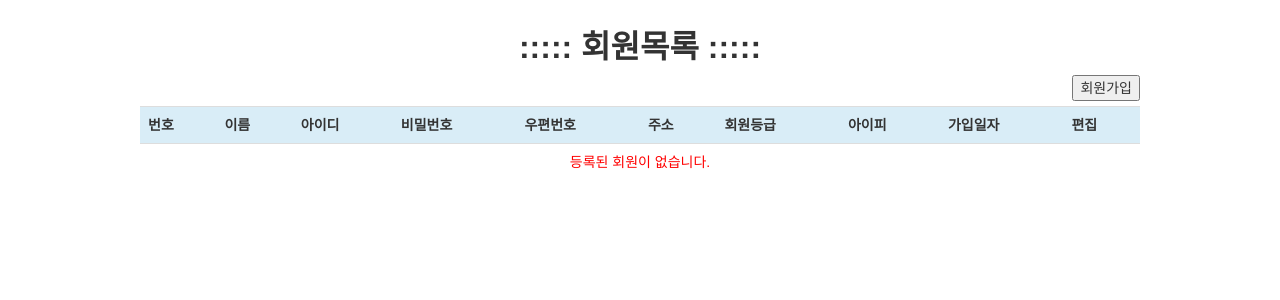
Repository: simDev1234/WebStudy
Page: http://localhost/2022_0602_MemberTest/member/list.do
The author's editor kept a copy of each file at every save. The page is drawn from the files as they stood at one save, then again after the next save.
The browser window is 1280 px wide. The pictures show the whole page.
The page is served by Tomcat 9. Other server files are loaded and not shown. Queries for data that is not in the repository find no rows.

Above is the page before, as saved 2022-06-02 03:39:09.

### _01_상반기_WebStudy/2022_0602_MemberTest/src/main/webapp/member/member_list.jsp
<%@ page language="java" contentType="text/html; charset=UTF-8"
    pageEncoding="UTF-8"%>
<%@ taglib prefix = "c"  uri = "http://java.sun.com/jsp/jstl/core" %>
<%@ taglib prefix = "fn" uri = "http://java.sun.com/jsp/jstl/functions" %>
<!DOCTYPE html>
<html>
<head>
<meta charset="UTF-8">
<title>로그인</title>
<!-- Bootstrap 3.x -->
<link rel="stylesheet" href="https://maxcdn.bootstrapcdn.com/bootstrap/3.4.1/css/bootstrap.min.css">
<script src="https://ajax.googleapis.com/ajax/libs/jquery/3.6.0/jquery.min.js"></script>
<script src="https://maxcdn.bootstrapcdn.com/bootstrap/3.4.1/js/bootstrap.min.js"></script>
<style type="text/css">
   #box{
     width : 1000px;
     margin : auto;
     margin-top : 30px;
   }

   #title{
     text-align  : center;
     font-size   : 32px;
     font-weight : bold;
   }

   #enroll{
     text-align : right;
     margin-bottom : 5px;
   }
</style>
</head>
<body>
   <div id = "box">
      <h1 id = "title">::::: 회원목록 :::::</h1>

      <!-- 회원가입 -->
      <div id = "enroll">
         <input type = "button" value = "회원가입">
      </div>

      <!-- 데이터 출력 -->
      <div>
         <table class = "table table-striped">
            <!-- title -->
            <tr class = "info">
              <th>번호</th>
              <th>이름</th>
              <th>아이디</th>
              <th>비밀번호</th>
              <th>우편번호</th>
              <th>주소</th>
              <th>회원등급</th>
              <th>아이피</th>
              <th>가입일자</th>
              <th>편집</th>
            </tr>
            <!-- data -->
            <!-- 데이터가 하나도 없는 경우 -->
            <c:if test = "${ empty list }">
              <tr>
                <td colspan = "10" align = "center">
                   <font color = "red">등록된 회원이 없습니다.</font>
                </td>
              </tr>
            </c:if>

            <!-- 데이터가 하나 이상 있는 경우 -->
            <c:forEach var = "vo" items = "${ list }">
              <tr>
                <td>${ vo.m_idx }</td>
                <td>${ vo.m_name }</td>
                <td>${ vo.m_id }</td>
                <td>${ vo.m_pwd }</td>
                <td>${ vo.m_zipcode }</td>
                <td>${ vo.m_addr }</td>
                <td>${ vo.m_grade }</td>
                <td>${ vo.m_ip }</td>
                <td>${ fn.substring(vo.m_regdate,0,10) }</td>
                <td>
                  <input class = "btn btn-info" type = "button" value = "수정">
                  <input class = "btn btn-danger" type = "button" value = "삭제">
                </td>
              </tr>
            </c:forEach>
         </table>
      </div>
   </div>
</body>
</html>

### _01_상반기_WebStudy/2022_0602_MemberTest/src/main/java/action/MemberListAction.java
package action;

import java.io.IOException;
import java.util.List;

import javax.servlet.RequestDispatcher;
import javax.servlet.ServletException;
import javax.servlet.annotation.WebServlet;
import javax.servlet.http.HttpServlet;
import javax.servlet.http.HttpServletRequest;
import javax.servlet.http.HttpServletResponse;

import dao.MemberDao;
import vo.MemberVo;

/**
 * Servlet implementation class MemberListAction
 */
@WebServlet("/member/list.do")
public class MemberListAction extends HttpServlet {
	private static final long serialVersionUID = 1L;

	/**
	 * @see HttpServlet#HttpServlet()
	 */
	public MemberListAction() {
		super();
		// TODO Auto-generated constructor stub
	}

	/**
	 * @see HttpServlet#service(HttpServletRequest request, HttpServletResponse response)
	 */
	protected void service(HttpServletRequest request, HttpServletResponse response)
			throws ServletException, IOException {

		//회원목록 가져오기
		List<MemberVo> list = MemberDao.getInstance().selectList();

		//request binding
		request.setCharacterEncoding("utf-8");
		request.setAttribute("list", list);

		//forward
		String forward_page = "member_list.jsp";
		RequestDispatcher disp = request.getRequestDispatcher(forward_page);
		disp.forward(request, response);
	}

}

### _01_상반기_WebStudy/2022_0602_MemberTest/src/main/java/dao/MemberDao.java
package dao;

import java.sql.Connection;
import java.sql.PreparedStatement;
import java.sql.ResultSet;
import java.sql.SQLException;
import java.util.ArrayList;
import java.util.List;
import service.DBService;
import vo.MemberVo;

public class MemberDao {

	static MemberDao single = null;

	public static MemberDao getInstance() {
		if (single == null)
			single = new MemberDao();
		return single;
	}

	//외부에서 생성하지 말것
	private MemberDao() {

	}

	//전체조회
	public List<MemberVo> selectList() {

		List<MemberVo> list = new ArrayList<MemberVo>();

		Connection conn = null; //null을 일부로 초기값으로 설정
		PreparedStatement pstmt = null;
		ResultSet rs = null;
		String sql = "select * from member2 order by m_idx";

		try {

			//1. Connection 얻어오기
			conn = DBService.getInstance().getConnection();

			//2. PreparedStatment 얻어오기
			pstmt = conn.prepareStatement(sql);

			//3. ResultSet 얻어오기
			rs = pstmt.executeQuery();

			//4. 포장 (record -> Vo -> list)
			while (rs.next()) {

				//rs가 가리키는 레코드(행)의 값을 읽어오기

				//Vo로 포장
				MemberVo vo = new MemberVo();

				vo.setM_idx(rs.getInt("m_idx"));
				vo.setM_name(rs.getString("m_name"));
				vo.setM_id(rs.getString("m_id"));
				vo.setM_pwd(rs.getString("m_pwd"));
				vo.setM_zipcode(rs.getString("m_zipcode"));
				vo.setM_addr(rs.getString("m_addr"));
				vo.setM_grade(rs.getString("m_grade"));
				vo.setM_ip(rs.getString("m_ip"));
				vo.setM_regdate(rs.getString("m_regdate"));

				//list에 추가
				list.add(vo);

			}

		} catch (Exception e) {

			e.printStackTrace();

		} finally {

			try {
				//연결(생성)되어 있을 시, close  --why? 다음 명령 위해 연결 해제
				if (rs != null)
					rs.close();

				if (pstmt != null)
					pstmt.close();

				if (conn != null)
					conn.close();

			} catch (SQLException e) {
				// TODO Auto-generated catch block
				e.printStackTrace();
			}

		}

		return list;

	}

	//m_idx에 해당되는 객체 1건 구하기
	public MemberVo selectOne(int m_idx) {

		MemberVo vo = null;
		Connection conn = null; //null을 일부로 초기값으로 설정
		PreparedStatement pstmt = null;
		ResultSet rs = null;
		String sql = "select * from member2 where m_idx = ?";

		try {

			//1. Connection 얻어오기
			conn = DBService.getInstance().getConnection();

			//2. PreparedStatment 얻어오기
			pstmt = conn.prepareStatement(sql);

			//3. pstmt 세팅
			pstmt.setInt(1, m_idx);

			//4. ResultSet 얻어오기
			rs = pstmt.executeQuery();

			//5. 포장 (record -> Vo)
			if (rs.next()) {

				//Vo로 포장
				vo = new MemberVo();

				vo.setM_idx(rs.getInt("m_idx"));
				vo.setM_name(rs.getString("m_name"));
				vo.setM_id(rs.getString("m_id"));
				vo.setM_pwd(rs.getString("m_pwd"));
				vo.setM_zipcode(rs.getString("m_zipcode"));
				vo.setM_addr(rs.getString("m_addr"));
				vo.setM_grade(rs.getString("m_grade"));
				vo.setM_ip(rs.getString("m_ip"));
				vo.setM_regdate(rs.getString("m_regdate"));

			}

		} catch (Exception e) {

			e.printStackTrace();

		} finally {

			try {
				//연결(생성)되어 있을 시, close  --why? 다음 명령 위해 연결 해제
				if (rs != null)
					rs.close();

				if (pstmt != null)
					pstmt.close();

				if (conn != null)
					conn.close();

			} catch (SQLException e) {
				// TODO Auto-generated catch block
				e.printStackTrace();
			}

		}

		return vo;

	}

	//m_id에 해당되는 객체 1건 구하기
	public MemberVo selectOne(String m_id) {

		MemberVo vo = null;
		Connection conn = null; //null을 일부로 초기값으로 설정
		PreparedStatement pstmt = null;
		ResultSet rs = null;
		String sql = "select * from member2 where m_id = ?";

		try {

			//1. Connection 얻어오기
			conn = DBService.getInstance().getConnection();

			//2. PreparedStatment 얻어오기
			pstmt = conn.prepareStatement(sql);

			//3. pstmt 세팅
			pstmt.setString(1, m_id);

			//4. ResultSet 얻어오기
			rs = pstmt.executeQuery();

			//5. 포장 (record -> Vo)
			if (rs.next()) {

				//Vo로 포장
				vo = new MemberVo();

				vo.setM_idx(rs.getInt("m_idx"));
				vo.setM_name(rs.getString("m_name"));
				vo.setM_id(rs.getString("m_id"));
				vo.setM_pwd(rs.getString("m_pwd"));
				vo.setM_zipcode(rs.getString("m_zipcode"));
				vo.setM_addr(rs.getString("m_addr"));
				vo.setM_grade(rs.getString("m_grade"));
				vo.setM_ip(rs.getString("m_ip"));
				vo.setM_regdate(rs.getString("m_regdate"));

			}

		} catch (Exception e) {

			e.printStackTrace();

		} finally {

			try {
				//연결(생성)되어 있을 시, close  --why? 다음 명령 위해 연결 해제
				if (rs != null)
					rs.close();

				if (pstmt != null)
					pstmt.close();

				if (conn != null)
					conn.close();

			} catch (SQLException e) {
				// TODO Auto-generated catch block
				e.printStackTrace();
			}

		}

		return vo;

	}

	//insert
	public int insert(MemberVo vo) {

		int res = 0;

		Connection        conn  = null;
		PreparedStatement pstmt = null;
		                                                                             // 1 2 3 4 5 6 7 (parameter index)
		String            sql   = "insert into member2 values(seq_member2_m_idx.nextVal,?,?,?,?,?,?,?,sysdate)";

		try {
			//1. Connection 얻어오기
			conn = DBService.getInstance().getConnection();

			//2. PreparedStatment 얻어오기
			pstmt = conn.prepareStatement(sql);

			//3. parameter 세팅 [[ 데이터 타입에 맞추어 세팅해야함 ]]
			pstmt.setString(1, vo.getM_name());
			pstmt.setString(2, vo.getM_id());
			pstmt.setString(3, vo.getM_pwd());
			pstmt.setString(4, vo.getM_zipcode());
			pstmt.setString(5, vo.getM_addr());
			pstmt.setString(6, vo.getM_grade());
			pstmt.setString(7, vo.getM_ip());

			//3. DML(insert/update/delete) : res <- 처리된 행수를 반환
			res = pstmt.executeUpdate();

		} catch (Exception e) {

			e.printStackTrace();

		} finally {

			//닫기 (열린 역순으로)
			try {
				if (pstmt != null) pstmt.close();
				if (conn != null) conn.close();
			} catch (SQLException e2) {
				e2.printStackTrace();
			}

		}

		return res;

	}//end insert()

}

### _01_상반기_WebStudy/2022_0602_MemberTest/src/main/java/service/DBService.java
package service;

import java.sql.Connection;
import java.sql.SQLException;

import javax.naming.InitialContext;
import javax.naming.NamingException;
import javax.sql.DataSource;

public class DBService {

	DataSource ds;

	static DBService single = null;

	public static DBService getInstance() {
		if (single == null)
			single = new DBService();
		return single;
	}

	private DBService() {

		//JNDI (Java Naming Directory Interface)

		try {
			//1. InitialContext 생성
			InitialContext ic = new InitialContext();

			//2. Resource의 저장소 Context 정보 구하기
			//Context context = (Context) ic.lookup("java:comp/env");

			//3. Context 내의 Resource 정보를 획득
			//ds = (DataSource) context.lookup("jdbc/oracle_test");

			ds = (DataSource) ic.lookup("java:comp/env/jdbc/oracle");

		} catch (NamingException e) {

			e.printStackTrace();

		}

	}

	//DBCP에 저장된 커넥션 얻어오기
	public Connection getConnection() throws SQLException{

		return ds.getConnection();

	}

}

After the next save:
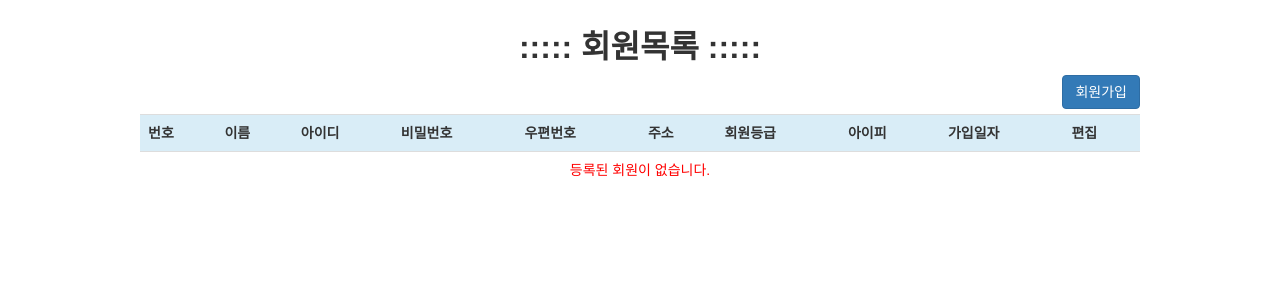
Saved 52 s later.
--- a/_01_상반기_WebStudy/2022_0602_MemberTest/src/main/webapp/member/member_list.jsp
+++ b/_01_상반기_WebStudy/2022_0602_MemberTest/src/main/webapp/member/member_list.jsp
@@ -36,7 +36,7 @@
 
       <!-- 회원가입 -->
       <div id = "enroll">
-         <input type = "button" value = "회원가입">
+         <input class = "btn btn-primary" type = "button" value = "회원가입">
       </div>
 
       <!-- 데이터 출력 -->
